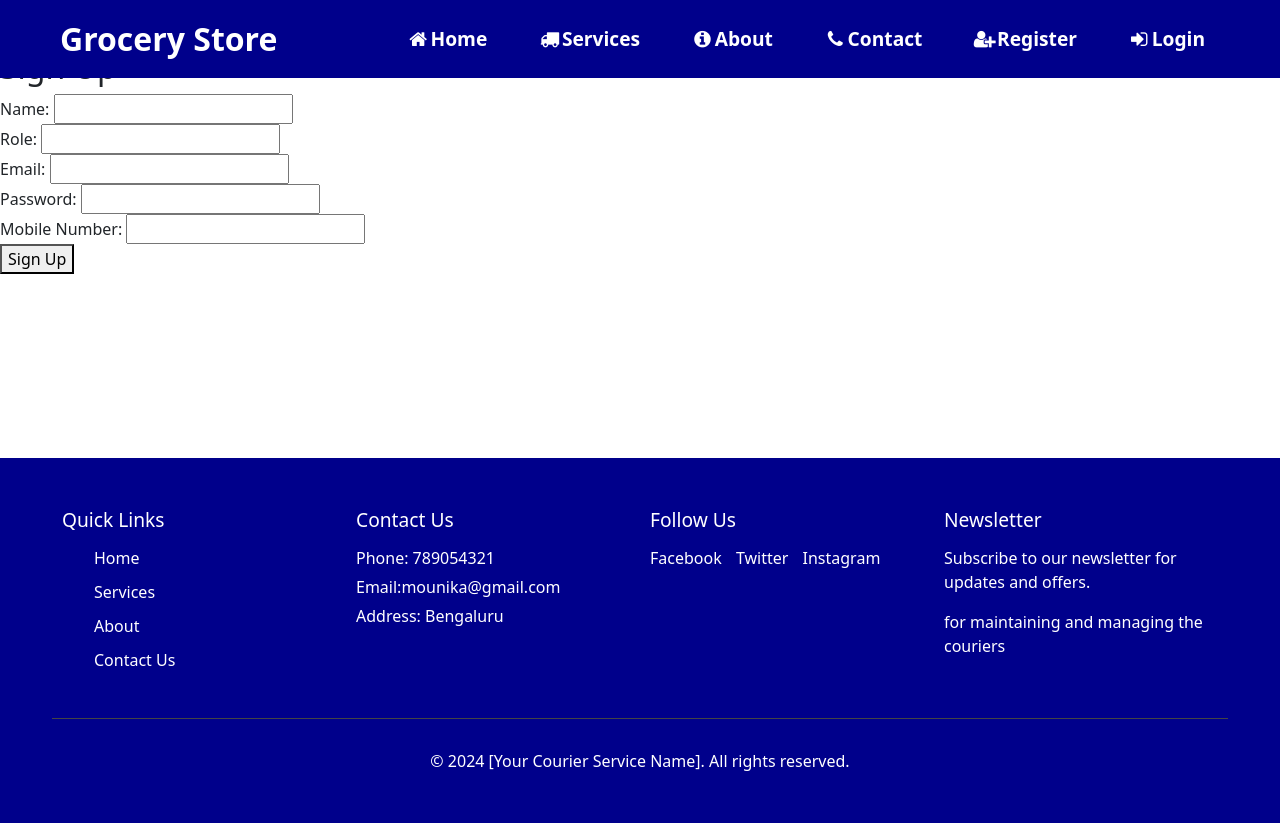
Repository: NagaMounikaY/GroceriesSubscriptionBookingManagement
Page: http://localhost/GroceriesSubBookingSystem/WEB-INF/views/signup.jsp
The author's editor kept a copy of each file at every save. The page is drawn from the files as they stood at one save, then again after the next save.
The browser window is 1280 px wide. The pictures show the whole page.
The page is served by Tomcat 9. Nobody is signed in. The template is opened directly, without the code that normally fills it, so the values that code supplies are empty.

Above is the page before, as saved 2024-09-11 16:06:11.

After the next save:
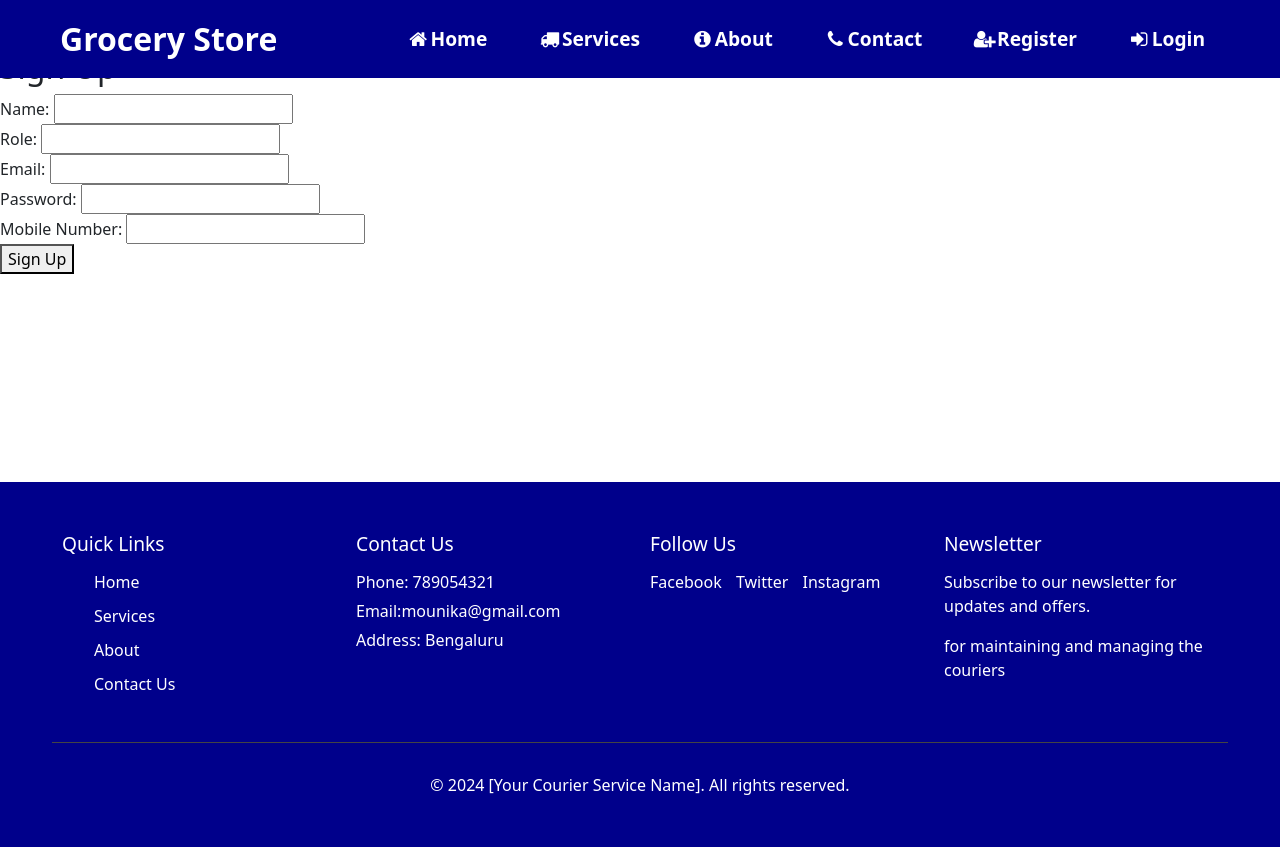
Saved 12 s later.
--- a/GroceriesSubBookingSystem/src/main/webapp/WEB-INF/views/signup.jsp
+++ b/GroceriesSubBookingSystem/src/main/webapp/WEB-INF/views/signup.jsp
@@ -24,7 +24,7 @@
         <button type="submit">Sign Up</button>
     </form>
     <p>${message}</p>
-    <br><br><br><br><br><br><br>
+    <br><br><br><br><br><br><br><br>
     <jsp:include page="/footer.jsp"></jsp:include>
 </body>
 </html>
